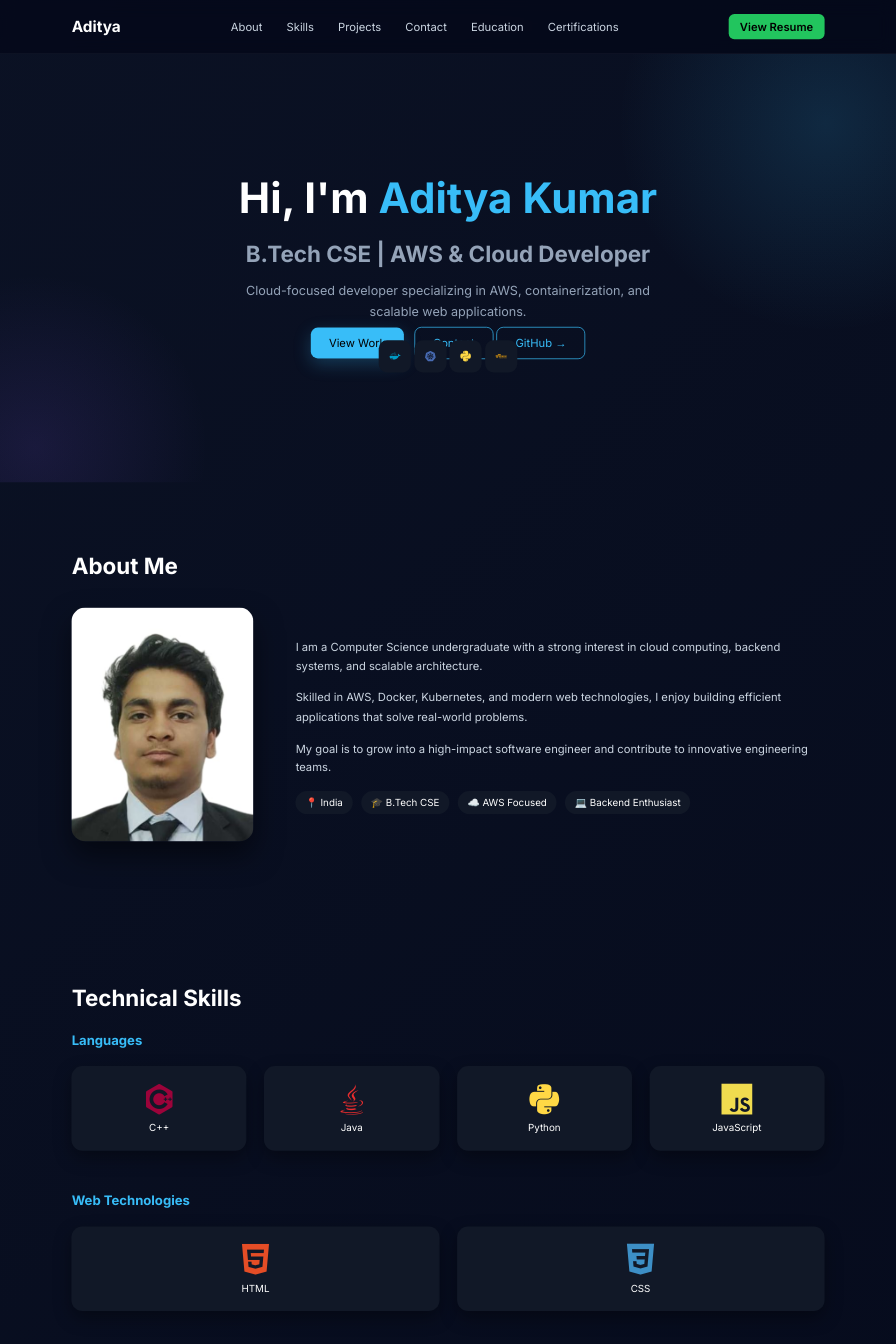
Repository: Aditya2419/My-Portfolio
Page: index.html
The author's editor kept a copy of each file at every save. The page is drawn from the files as they stood at one save, then again after the next save.
The browser window is 1280 px wide. The pictures show the part of the page from y = 0 to 1920 px (the page is 5718 px tall), at 70% of full size.

Above is the page before, as saved 2026-02-19 00:04:41.
Console error: TypeError: Cannot set properties of null (setting 'textContent')

### index.html
<!DOCTYPE html>
<html lang="en">
<head>
<meta charset="UTF-8">
<meta name="viewport" content="width=device-width, initial-scale=1.0">
<link rel="stylesheet" href="https://cdn.jsdelivr.net/gh/devicons/devicon@latest/devicon.min.css">



<title>Aditya Kumar | Cloud & Software Developer</title>

<link rel="stylesheet" href="style.css">
<script src="script.js"></script>

<!-- Google Font -->
<link href="https://fonts.googleapis.com/css2?family=Inter:wght@300;400;600;700&display=swap" rel="stylesheet">

</head>
<body>

<header>
    <div class="logo">Aditya</div>

    <nav>
        <a href="#about">About</a>
        <a href="#skills">Skills</a>
        <a href="#projects">Projects</a>
        <a href="#contact">Contact</a>
        <a href="#education">Education</a>
        <a href="#certifications">Certifications</a>
    </nav>

    <a class="resume-btn" href="resume.pdf" target="_blank">View Resume</a>
</header>


<!-- HERO -->
<section class="hero">

    <h1>Hi, I'm <span>Aditya Kumar</span></h1>

    <h2>B.Tech CSE | AWS & Cloud Developer</h2>

    <p class="hero-tagline">
        Cloud-focused developer specializing in AWS, containerization,
        and scalable web applications.
    </p>

    <div class="hero-buttons">
        <a href="#projects" class="primary">View Work</a>
        <a href="#contact" class="secondary">Contact</a>
        <a href="https://github.com/yourgithub" class="secondary">GitHub →</a>
    </div>

    <!-- Tech Icons Separate -->
    <div class="hero-tech-icons">
        <i class="devicon-docker-plain colored"></i>
        <i class="devicon-kubernetes-plain colored"></i>
        <i class="devicon-python-plain colored"></i>
        <i class="devicon-amazonwebservices-plain-wordmark colored"></i>
    </div>

</section>


<!-- ABOUT -->
<section id="about" class="about">

    <h2>About Me</h2>

    <div class="about-container">

        <div class="about-image">
            <img src="images/profile.png" alt="Aditya Kumar">
        </div>

        <div class="about-text">

            <p>
            I am a Computer Science undergraduate with a strong interest in
            cloud computing, backend systems, and scalable architecture.
            </p>

            <p>
            Skilled in AWS, Docker, Kubernetes, and modern web technologies,
            I enjoy building efficient applications that solve real-world problems.
            </p>

            <p>
            My goal is to grow into a high-impact software engineer and contribute
            to innovative engineering teams.
            </p>

            <div class="about-highlights">
                <span>📍 India</span>
                <span>🎓 B.Tech CSE</span>
                <span>☁️ AWS Focused</span>
                <span>💻 Backend Enthusiast</span>
            </div>

        </div>

    </div>

    </section>

<!-- TECHINCAL SKILLS -->
<section id="skills">

    <h2>Technical Skills</h2>

    <div class="skills-category">

        <h3>Languages</h3>
        <div class="skills-grid">
            <div class="skill-card">
                <i class="devicon-cplusplus-plain colored"></i>
                <p>C++</p>
            </div>

            <div class="skill-card">
                <i class="devicon-java-plain colored"></i>
                <p>Java</p>
            </div>

            <div class="skill-card">
                <i class="devicon-python-plain colored"></i>
                <p>Python</p>
            </div>

            <div class="skill-card">
                <i class="devicon-javascript-plain colored"></i>
                <p>JavaScript</p>
            </div>
        </div>

    </div>


    <div class="skills-category">

        <h3>Web Technologies</h3>
        <div class="skills-grid">
            <div class="skill-card">
                <i class="devicon-html5-plain colored"></i>
                <p>HTML</p>
            </div>

            <div class="skill-card">
                <i class="devicon-css3-plain colored"></i>
                <p>CSS</p>
            </div>
        </div>

    </div>


    <div class="skills-category">

        <h3>Frameworks</h3>
        <div class="skills-grid">
            <div class="skill-card">
                <i class="devicon-flask-original colored"></i>
                <p>Flask</p>
            </div>
        </div>

    </div>


    <div class="skills-category">

        <h3>Tools & Platforms</h3>
        <div class="skills-grid">
            <div class="skill-card">
                <i class="devicon-git-plain colored"></i>
                <p>Git</p>
            </div>

            <div class="skill-card">
                <i class="devicon-docker-plain colored"></i>
                <p>Docker</p>
            </div>

            <div class="skill-card">
                <i class="devicon-amazonwebservices-original colored"></i>
                <p>AWS</p>
            </div>

            <div class="skill-card">
                <i class="devicon-mysql-plain colored"></i>
                <p>MySQL</p>
            </div>

            <div class="skill-card">
                <i class="devicon-mongodb-plain colored"></i>
                <p>MongoDB</p>
            </div>
        </div>

    </div>

    </section>

<!-- PROJECTS -->
<section id="projects">

<h2>Featured Projects</h2>

<div class="projects">


<div class="card">
    <img src="images/scheduler.png" class="project-img">
<h3>CPU Scheduler Simulator</h3>

<p>
Interactive visualization tool comparing FCFS, SJF, SRTF,
and Round Robin with dynamic Gantt charts.
</p>

<a href="https://cpu-scheduling-simulator-4wlb1ttw0.vercel.app" target="_blank">
Live Demo →
</a>

</div>



<div class="card">
    <img src="images/weather.png" class="project-img">
<h3>Weather Forecasting App</h3>

<p>
Real-time weather application using APIs to display
temperature, humidity, wind speed, and conditions.
</p>

<a href="https://aditya2419.github.io/weather-frontend/" target="_blank">
Live Demo →
</a>

</div>



<div class="card">
    <img src="images/bot.png" class="project-img">
<h3>Esports Discord Bot</h3>

<p>
Automated tournament notifications, dashboards,
and match updates using Discord API and MongoDB.
</p>

</div>

</div>

</section>
<!-- EDUCATION -->
<section id="education">

    <p class="section-subtitle">MY JOURNEY</p>
    <h2>Education & <span>Certificates</span></h2>

    <div class="timeline">

        <div class="timeline-item">
            <div class="timeline-dot"></div>

            <div class="timeline-content">
                <div class="timeline-header">
                    <h3>Lovely Professional University</h3>
                    <span class="badge">Current</span>
                </div>

                <p>Bachelor of Technology – Computer Science and Engineering</p>
                <small>CGPA: 5.84 | Aug 2023 – Present</small>
            </div>
        </div>


        <div class="timeline-item">
            <div class="timeline-dot"></div>

            <div class="timeline-content">
                <h3>Kendriya Vidyalaya Sitamarhi</h3>
                <p>Intermediate (12th)</p>
                <small>78.6% | Apr 2022 – Mar 2023</small>
            </div>
        </div>


        <div class="timeline-item">
            <div class="timeline-dot"></div>

            <div class="timeline-content">
                <h3>DAV Public School Runnisaidpur</h3>
                <p>Matriculation (10th)</p>
                <small>79.3% | Apr 2021 – Mar 2022</small>
            </div>
        </div>

    </div>

    </section>


<!-- CERTIFICATIONS -->
<<section id="certifications">

    <p class="section-subtitle">PROFESSIONAL GROWTH</p>
    <h2>Licenses & <span>Certifications</span></h2>

    <div class="cert-grid">

        <div class="cert-item">
            <img src="images/cert4.png" onclick="openModal(this.src)">
            <div class="cert-overlay">Build Generative AI Apps and Solutions</div>
        </div>

        <div class="cert-item">
            <img src="images/cert2.png" onclick="openModal(this.src)">
            <div class="cert-overlay">Java Bootcamp</div>
        </div>

        <div class="cert-item">
            <img src="images/cert3.png" onclick="openModal(this.src)">
            <div class="cert-overlay">Privacy & Security (NPTEL)</div>
        </div>

        <div class="cert-item">
            <img src="images/cert1.png" onclick="openModal(this.src)">
            <div class="cert-overlay">Introduction to Python</div>
        </div>

    </div>

</section>


    <!--- CONTACT -->
    <section id="contact">

        <h2>Let's Connect</h2>

        <form action="https://formsubmit.co/aditya312004pandey@gmail.com" method="POST">

        <input type="text" name="name" placeholder="Your Name" required>

        <input type="email" name="email" placeholder="Your Email" required>

        <textarea name="message" placeholder="Your Message" required></textarea>

        <button type="submit">Send Message</button>

        </form>

        </section>


<footer>
© 2026 Aditya Kumar — Built for impact.
</footer>


<script src="script.js"></script>

</body>
</html>

### style.css
/* GLOBAL RESET */

*{
    margin:0;
    padding:0;
    box-sizing:border-box;
    font-family:'Inter',sans-serif;
    }

    html{
    scroll-behavior:smooth;
    }

    /* ANIMATED BACKGROUND */

    body{
    background: linear-gradient(-45deg, #0b0f19, #020617, #0f172a, #020617);
    background-size: 400% 400%;
    animation: gradientMove 12s ease infinite;
    color:white;
    }

    @keyframes gradientMove{
    0%{background-position:0% 50%;}
    50%{background-position:100% 50%;}
    100%{background-position:0% 50%;}
    }


    /* 🔥 GLASS NAVBAR */

    header{
    display:flex;
    justify-content:space-between;
    align-items:center;
    padding:20px 8%;
    position:sticky;
    top:0;
    background:rgba(2,6,23,.6);
    backdrop-filter: blur(12px);
    border-bottom:1px solid rgba(255,255,255,.05);
    z-index:999;
    }

    .logo{
    font-weight:700;
    font-size:22px;
    }

    nav a{
    margin:0 15px;
    text-decoration:none;
    color:#cbd5e1;
    transition:.3s;
    }

    nav a:hover{
    color:#38bdf8;
    }

    .resume-btn{
    background:#22c55e;
    padding:8px 16px;
    border-radius:8px;
    text-decoration:none;
    color:black;
    font-weight:600;
    transition:.3s;
    }

    .resume-btn:hover{
    transform:scale(1.05);
    }


    /* HERO */

    .hero{
        min-height:85vh;
        display:flex;
        flex-direction:column;
        justify-content:center;
        align-items:center;
        text-align:center;
        padding:0 20px;
        position:relative;
        overflow:hidden;
    }
    .hero::before{
        content:"";
        position:absolute;
        width:600px;
        height:600px;
        background:radial-gradient(circle, rgba(56,189,248,0.15), transparent 70%);
        top:-200px;
        right:-200px;
        z-index:0;
    }

        .hero::after{
        content:"";
        position:absolute;
        width:500px;
        height:500px;
        background:radial-gradient(circle, rgba(139,92,246,0.12), transparent 70%);
        bottom:-200px;
        left:-200px;
        z-index:0;
    }

        .hero *{
        position:relative;
        z-index:1;
    }



    .hero span{
    color:#38bdf8;
    }

    .hero h1{
        font-size:60px;
        font-weight:700;
        margin-bottom:15px;
        animation:fadeUp 0.8s ease-out forwards;
        opacity:0;
        transform:translateY(40px);
    }

    @keyframes fadeUp{
        100%{
            opacity:1;
            transform:translateY(0);
        }
    }


    .hero h2{
    margin:10px 0;
    color:#94a3b8;
    }

    .hero-tagline{
        margin-top:10px;
        color:#94a3b8;
        font-size:18px;
        max-width:650px;
        line-height:1.6;
    }

    .hero-buttons{
    margin-top:20px;
    }

    .primary{
        background:#38bdf8;
        padding:12px 26px;
        border-radius:10px;
        text-decoration:none;
        color:black;
        margin-right:10px;
        transition:.3s ease;
        box-shadow:0 8px 25px rgba(56,189,248,.25);
    }

    .primary:hover{
    transform:translateY(-3px);
    }

    .secondary{
        border:1px solid #38bdf8;
        padding:12px 26px;
        border-radius:10px;
        text-decoration:none;
        color:#38bdf8;
        transition:.3s ease;
    }

    .secondary:hover{
    background:#38bdf8;
    color:black;
    }
    .hero-tech-icons i{
        background:#111827;
        padding:15px;
        border-radius:12px;
        transition:.3s;
    }
    .hero-tech-icons i:hover{
        transform:translateY(-5px);
        box-shadow:0 10px 25px rgba(0,0,0,.4);
    }



    /* SECTIONS */

    section{
    padding:100px 8%;
    }

    h2{
    font-size:32px;
    margin-bottom:30px;
    }


    /* ABOUT */

    .about-container{
    display:flex;
    align-items:center;
    gap:60px;
    flex-wrap:wrap;
    margin-top:40px;
    }

    .about-image img{
    width:260px;
    border-radius:20px;
    box-shadow:0 20px 40px rgba(0,0,0,.5);
    transition:.4s;
    }

    .about-image img:hover{
    transform:scale(1.05);
    }

    .about-text{
    flex:1;
    min-width:280px;
    }

    .about-text p{
    margin-bottom:18px;
    color:#cbd5e1;
    line-height:1.7;
    }

    .about-highlights{
    margin-top:20px;
    display:flex;
    gap:12px;
    flex-wrap:wrap;
    }

    .about-highlights span{
    background:#111827;
    padding:8px 14px;
    border-radius:20px;
    font-size:14px;
    }


 /* SKILLS SECTION */

.skills-category{
    margin-bottom:60px;
    }

    .skills-category h3{
    margin-bottom:25px;
    color:#38bdf8;
    }

    .skills-grid{
    display:grid;
    grid-template-columns:repeat(auto-fit,minmax(120px,1fr));
    gap:25px;
    }

    .skill-card{
    background:#111827;
    padding:25px 10px;
    border-radius:16px;
    text-align:center;
    transition:.3s ease;
    box-shadow:0 10px 25px rgba(0,0,0,.35);
    }

    .skill-card i{
    font-size:45px;
    margin-bottom:10px;
    }

    .skill-card p{
    font-size:14px;
    margin-top:8px;
    }

    .skill-card:hover{
    transform:translateY(-6px);
    box-shadow:0 15px 40px rgba(0,0,0,.5);
    }

    /* PROJECTS */

    .projects{
    display:grid;
    grid-template-columns:repeat(auto-fit,minmax(280px,1fr));
    gap:25px;
    }

    .card{
    background:#111827;
    padding:25px;
    border-radius:16px;
    transition:.3s;
    }

    .card:hover{
    transform:translateY(-8px);
    box-shadow:0 10px 30px rgba(0,0,0,.4);
    }

    .project-img{
    width:100%;
    border-radius:12px;
    margin-bottom:15px;
    }

    .card a{
    display:inline-block;
    margin-top:10px;
    color:#38bdf8;
    text-decoration:none;
    }

    .card h3 a{
    color:white;
    }

    .card h3 a:hover{
    color:#38bdf8;
    }
    .card{
        position:relative;
        overflow:hidden;
        }

        .card::before{
        content:"";
        position:absolute;
        width:200%;
        height:200%;
        background:linear-gradient(45deg,transparent,#38bdf8,transparent);
        top:-50%;
        left:-50%;
        opacity:.08;
        transform:rotate(25deg);
    }
    /* SECTION TITLE */

    .section-subtitle{
    letter-spacing:6px;
    color:#38bdf8;
    font-size:14px;
    margin-bottom:10px;
    }
    h2 span{
    background:linear-gradient(90deg,#38bdf8,#8b5cf6);
    -webkit-background-clip:text;
    color:transparent;
    }

    /* TIMELINE */

    .timeline{
    position:relative;
    margin-top:60px;
    padding-left:40px;
    }

    .timeline::before{
    content:"";
    position:absolute;
    left:15px;
    top:0;
    width:2px;
    height:100%;
    background:rgba(255,255,255,.1);
    }

    /* ITEM */

    .timeline-item{
    position:relative;
    margin-bottom:60px;
    }

    .timeline-dot{
    position:absolute;
    left:-27px;
    top:10px;
    width:14px;
    height:14px;
    background:#38bdf8;
    border-radius:50%;
    box-shadow:0 0 15px #38bdf8;
    }

    /* CARD */

    .timeline-content{
    background:rgba(17,24,39,.8);
    padding:30px;
    border-radius:16px;
    backdrop-filter: blur(10px);
    border:1px solid rgba(255,255,255,.05);
    transition:.3s;
    }

    .timeline-content:hover{
    transform:translateY(-5px);
    }

    /* HEADER */

    .timeline-header{
    display:flex;
    justify-content:space-between;
    align-items:center;
    }

    .badge{
    background:linear-gradient(90deg,#38bdf8,#8b5cf6);
    padding:6px 14px;
    border-radius:20px;
    font-size:12px;
    color:white;
    }

    /* TEXT */

    .timeline-content h3{
    margin-bottom:8px;
    }

    .timeline-content p{
    margin-bottom:6px;
    color:#cbd5e1;
    }

    .timeline-content small{
    color:#94a3b8;
    }

    /* CERTIFICATE GRID */
    .cert-grid{
    display: grid;
    grid-template-columns: repeat(2, 1fr);   /* 2 per row */
    gap: 30px;
    margin-top: 50px;
    }

    /* Each certificate card */

    .cert-item{
    width: 100%;          /* important */
    background: #111827;
    padding: 15px;
    border-radius: 18px;
    transition: .3s ease;
    box-shadow: 0 10px 25px rgba(0,0,0,.35);
    }

    /* Image styling */

    .cert-item img{
    width: 100%;
    height: 220px;
    object-fit: contain;     /* show full certificate */
    background: #0f172a;
    border-radius: 12px;
    display: block;
    }

    /* Hover */

    .cert-item:hover{
    transform: translateY(-6px);
    box-shadow: 0 15px 35px rgba(0,0,0,.5);
    }

    /* Mobile responsiven*/
    @media (max-width: 768px){
        .cert-grid{
            grid-template-columns: 1fr;  /* 1 per row on mobile */
        }
    }
    /* Overlay */

    .cert-overlay{
    position:absolute;
    bottom:0;
    left:0;
    width:100%;
    background:linear-gradient(to top, rgba(0,0,0,0.8), transparent);
    color:white;
    padding:20px;
    font-weight:600;
    opacity:0;
    transition:.4s;
    }

    .cert-item:hover .cert-overlay{
    opacity:1;
    }

    /* CONTACT FORM */

    form{
    max-width:600px;
    margin:auto;
    display:flex;
    flex-direction:column;
    gap:15px;
    }

    input, textarea{
    padding:14px;
    border-radius:8px;
    border:none;
    background:#111827;
    color:white;
    }

    button{
    padding:14px;
    border:none;
    background:#38bdf8;
    color:black;
    font-weight:600;
    border-radius:8px;
    cursor:pointer;
    transition:.3s;
    }

    button:hover{
    transform:translateY(-2px);
    }


    /* FOOTER */

    footer{
    text-align:center;
    padding:40px;
    color:#94a3b8;
    }

### script.js
const roles = [
    "Cloud Developer",
    "AWS Enthusiast",
    "Software Engineer",
    "DevOps Learner"
    ];

    let index = 0;
    let charIndex = 0;
    let current = "";
    let isDeleting = false;

    function type(){

    const element = document.getElementById("typing");

    if(index >= roles.length) index = 0;

    current = roles[index];

    if(!isDeleting){
    element.textContent = current.substring(0,charIndex++);
    if(charIndex > current.length){
    isDeleting = true;
    setTimeout(type,1000);
    return;
    }
    }
    else{
    element.textContent = current.substring(0,charIndex--);
    if(charIndex === 0){
    isDeleting = false;
    index++;
    }
    }

    setTimeout(type,60);
    }

    type();
    function openModal(src){
        document.getElementById("certModal").style.display = "flex";
        document.getElementById("modalImage").src = src;
    }

    function closeModal(){
        document.getElementById("certModal").style.display = "none";
    }

After the next save:
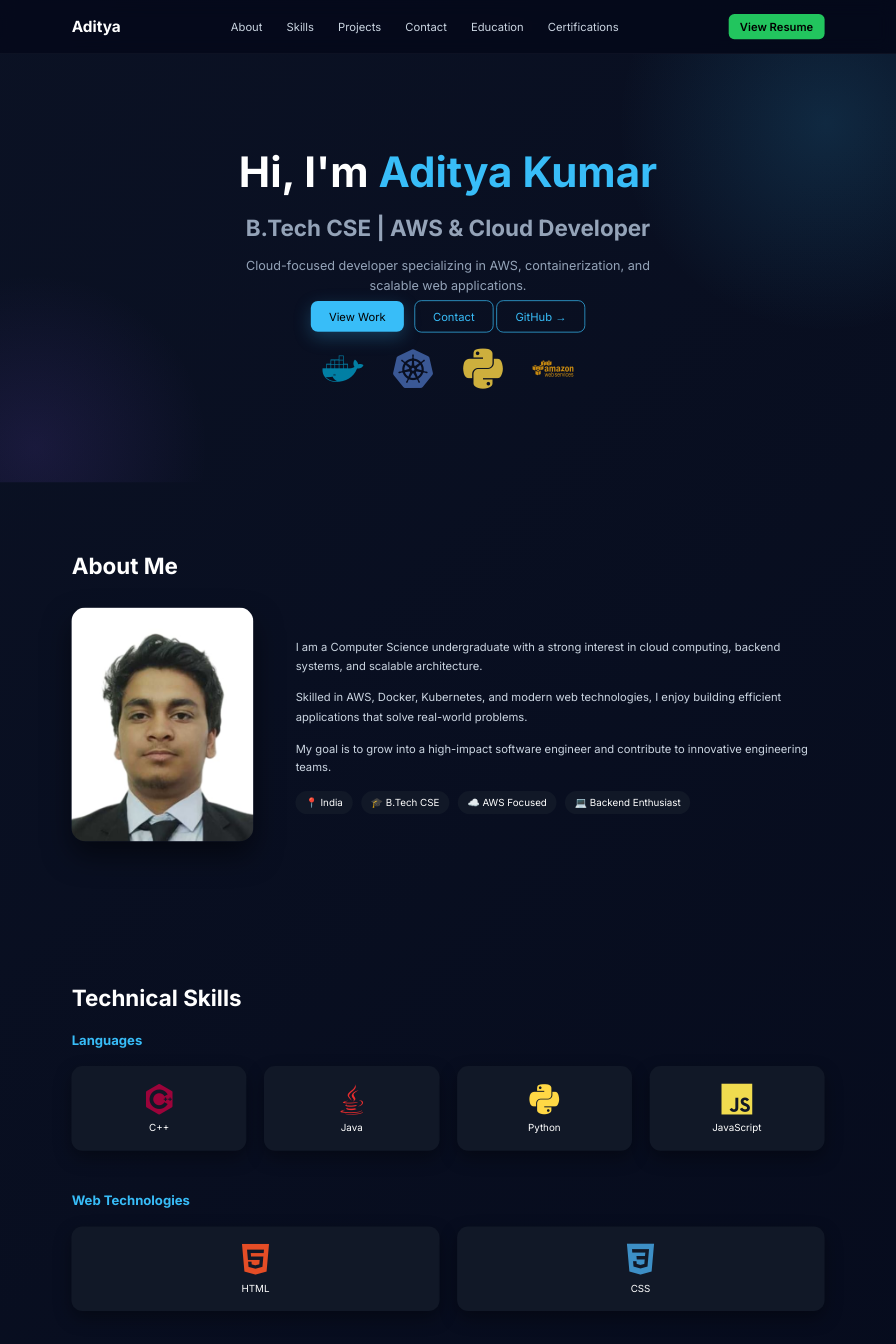
Saved 32 s later.
--- a/style.css
+++ b/style.css
@@ -181,16 +181,24 @@
     background:#38bdf8;
     color:black;
     }
+    .hero-tech-icons{
+        margin-top:35px;
+        display:flex;
+        justify-content:center;
+        gap:40px;
+    }
+
     .hero-tech-icons i{
-        background:#111827;
-        padding:15px;
-        border-radius:12px;
-        transition:.3s;
-    }
+        font-size:60px;
+        transition:.4s ease;
+        opacity:.8;
+    }
+
     .hero-tech-icons i:hover{
-        transform:translateY(-5px);
-        box-shadow:0 10px 25px rgba(0,0,0,.4);
-    }
+        transform:translateY(-10px) scale(1.15);
+        opacity:1;
+    }
+
 
 
 
